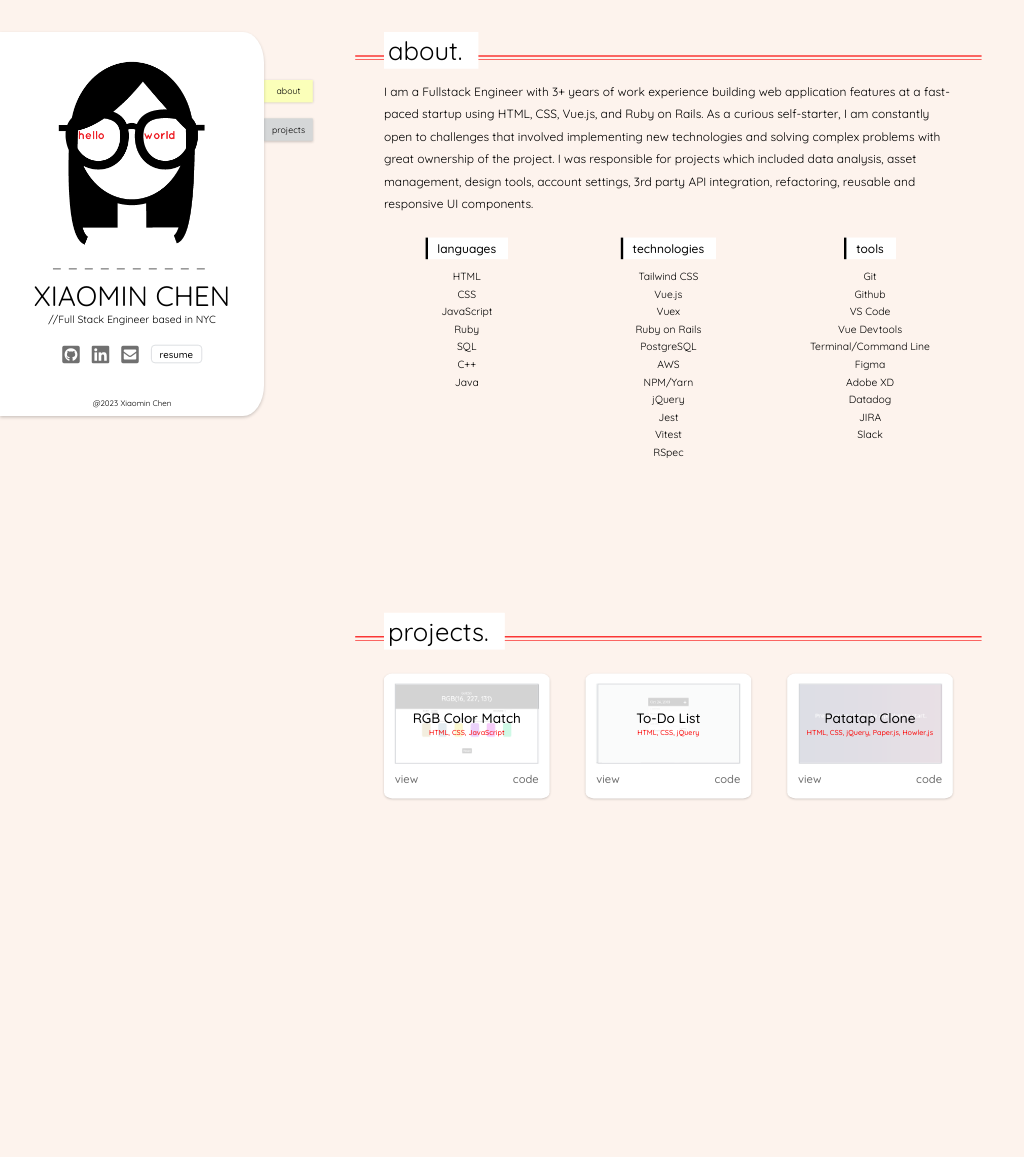
Repository: xchen136/xchen136.github.io
Page: index.html
The author's editor kept a copy of each file at every save. The page is drawn from the files as they stood at one save, then again after the next save.
The browser window is 1280 px wide. The pictures show the whole page, at 80% of full size.
Some web libraries are served in a nearby version. The style sheet was rebuilt from its Sass, Less or Tailwind sources for each picture, by a compiler version that may differ from the author's.

Above is the page before, as saved 2023-04-08 14:00:53.

After the next save:
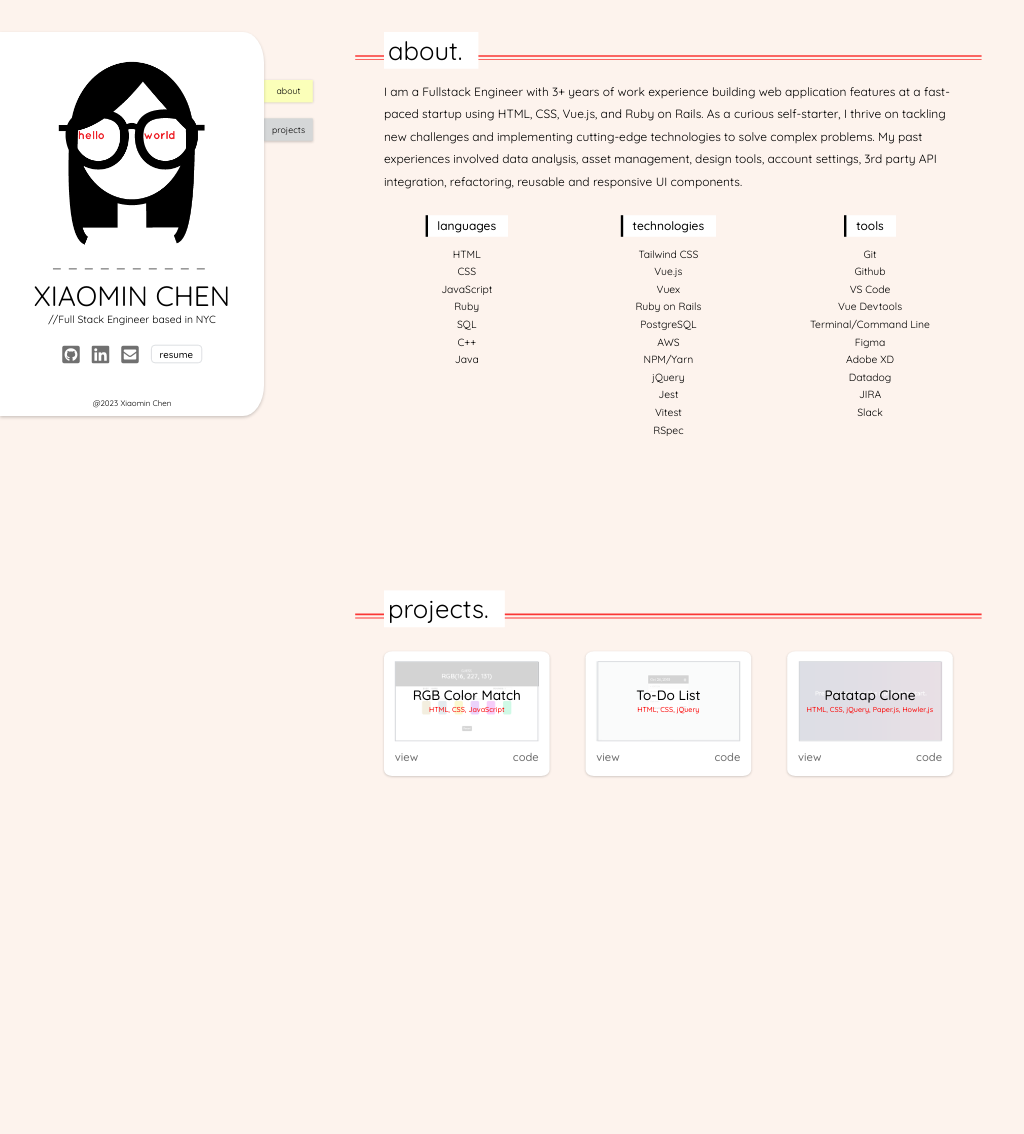
Saved 8 min 37 s later.
--- a/index.html
+++ b/index.html
@@ -75,8 +75,8 @@
 			</div>
 
 			<p class="section-about__summary">I am a Fullstack Engineer with 3+ years of work experience building web application features at a fast-paced startup using HTML, CSS, Vue.js, and Ruby on Rails.
-				As a curious self-starter, I am constantly open to challenges that involved implementing new technologies and solving complex problems with great ownership of the project.
-				I was responsible for projects which included data analysis, asset management, design tools, account settings, 3rd party API integration, refactoring, reusable and responsive UI components. </p>
+				As a curious self-starter,  I thrive on tackling new challenges and implementing cutting-edge technologies to solve complex problems.
+				My past experiences involved data analysis, asset management, design tools, account settings, 3rd party API integration, refactoring, reusable and responsive UI components. </p>
 
 			<div class="skill-box-row skill-box row">
 				<div class="col-1-of-3">
